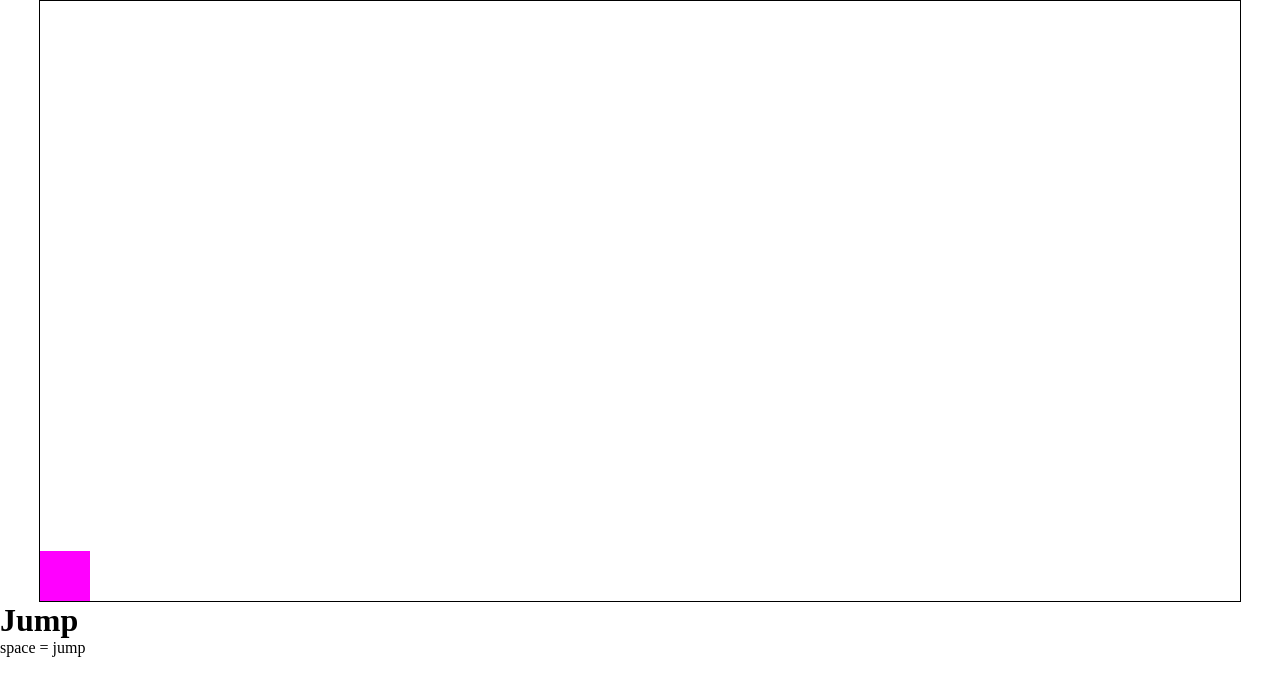
Repository: thecptwaffles/bad-game
Page: index.html
An editor plug-in stored every save of this project. The page is shown before and after the next save, followed by the edit.
The browser window is 1280 px wide. The pictures show the whole page.

Above is the page before, as saved 2022-02-05 08:36:43.

After the next save:
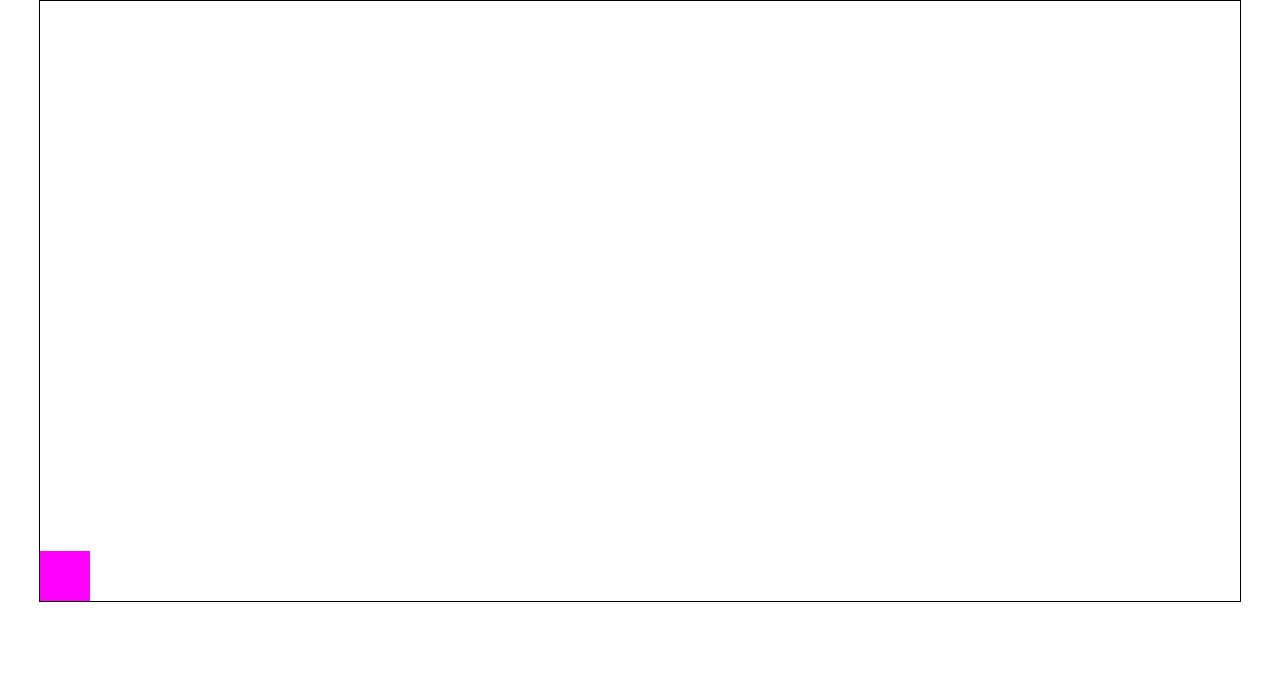
Saved 24 min 23 s later.
--- a/index.html
+++ b/index.html
@@ -16,8 +16,6 @@
             <div id="block"></div>
         </div>
     </div>
-    <h1>Jump</h1>
-    <p>space = jump</p>
 </body>
 <script src="./index.js"></script>
 
